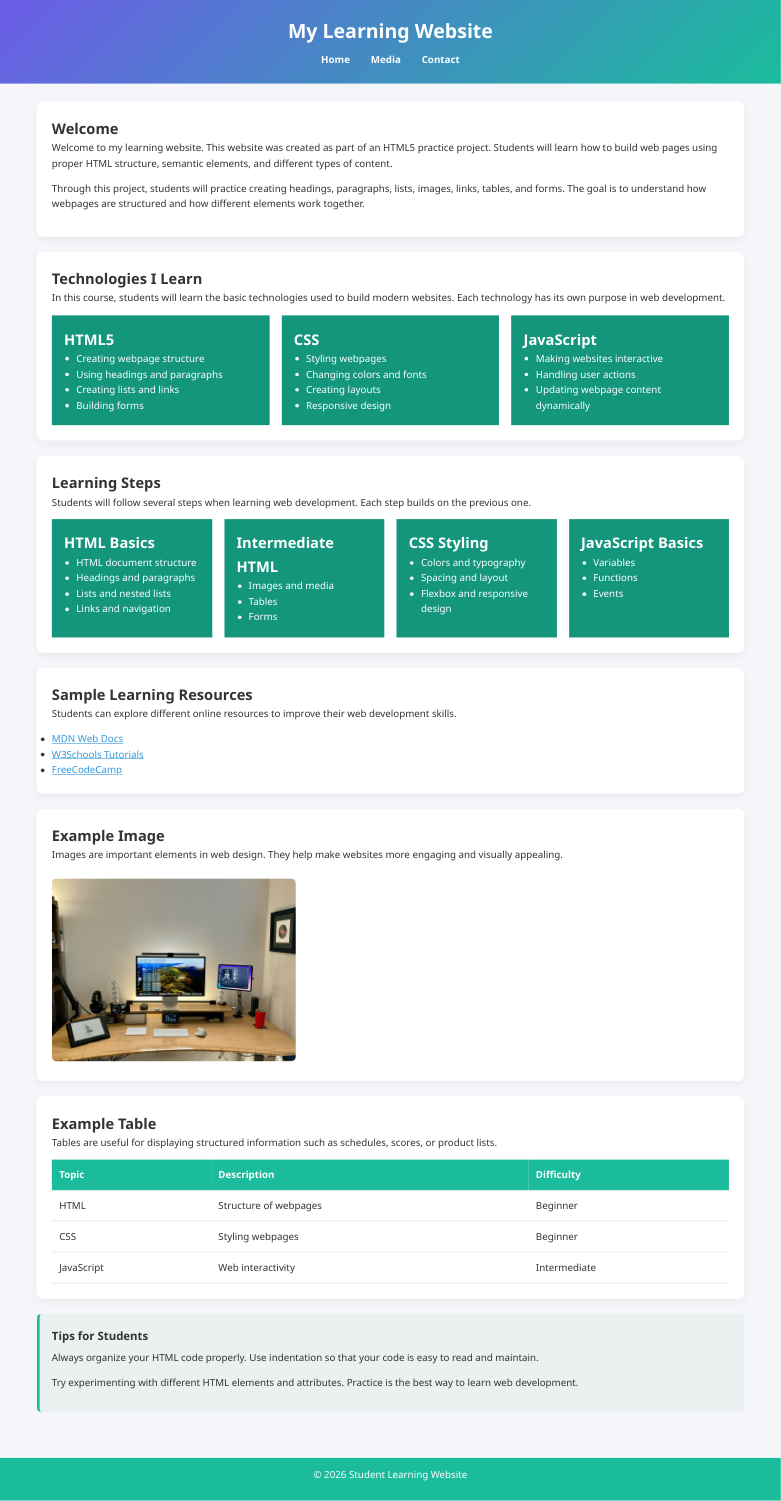
Repository: Than-sothearak/web_client_programing
Page: Week_03/index.html
These files come from the project's save history. The page is drawn as it stood at one moment and after the next save; the edit follows.
The browser window is 1280 px wide. The pictures show the whole page, at 61% of full size.

Above is the page before, as saved 2026-03-24 21:27:09.

After the next save:
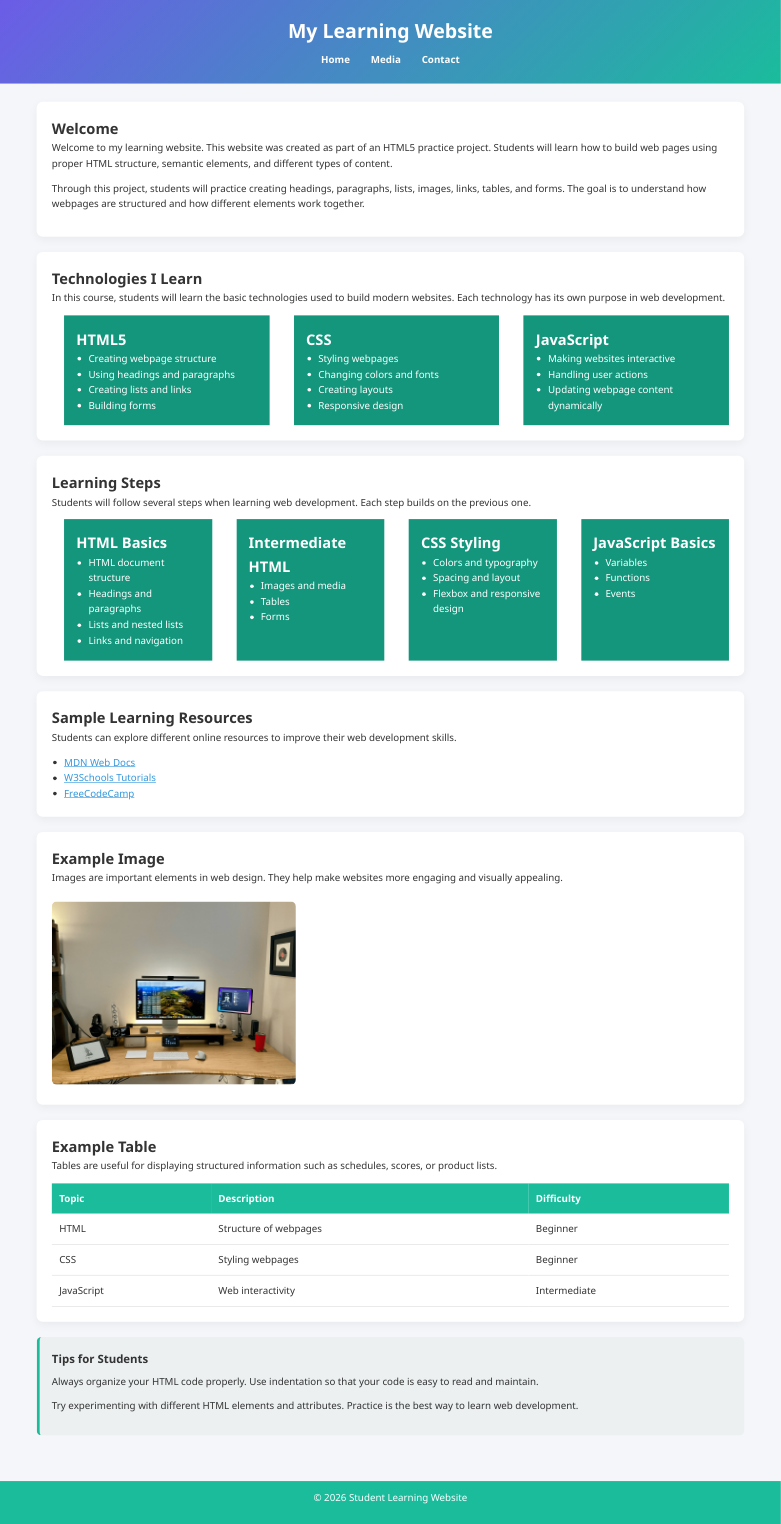
Saved 7 s later.
--- a/Week_03/styles.css
+++ b/Week_03/styles.css
@@ -100,7 +100,7 @@ p {
   background-color: #13967c;
 }
 
-.card li{
+li{
   margin-left: 20px;
   list-style:disc;
 }
